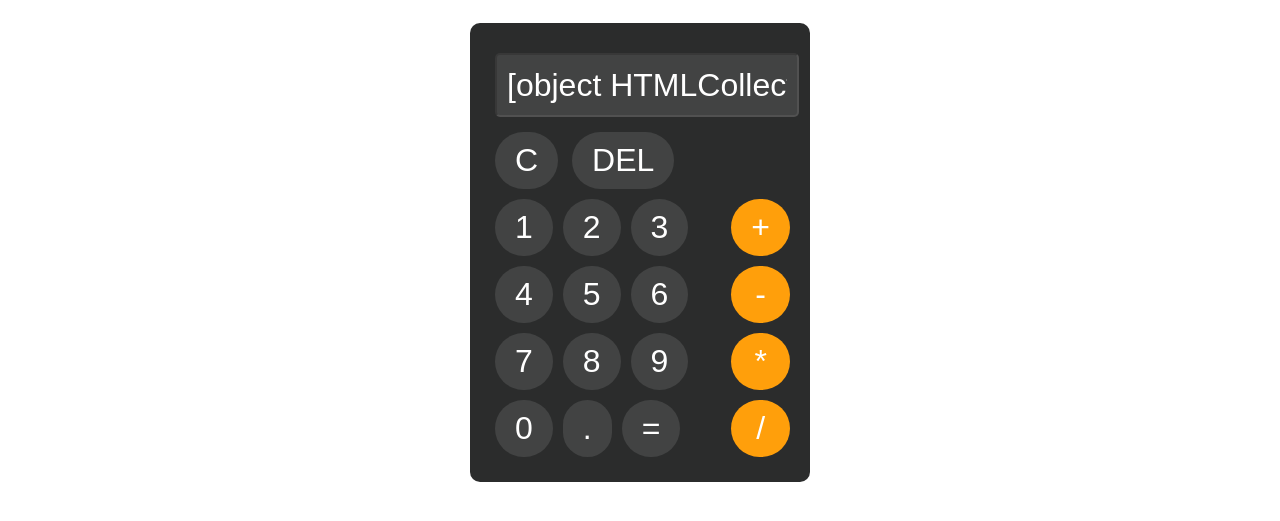
Repository: jaskeat/Calculator
Page: index.html
An editor plug-in stored every save of this project. The page is shown before and after the next save, followed by the edit.
The browser window is 1280 px wide. The pictures show the whole page.
After loading, the first visible `button.nbtn` was clicked once.

Above is the page before, as saved 2024-09-12 13:27:51.

### index.html
<!DOCTYPE html>
<html lang="en">
	<head>
		<meta charset="UTF-8" />
		<meta name="viewport" content="width=device-width, initial-scale=1.0" />
		<title>Calculator</title>
		<link rel="stylesheet" href="style.css" />
	</head>
	<body>
		<div class="calculator">
			<div class="display">
				<input type="text" class="display-input" value="0" disabled />
			</div>

			<div class="extrabtn">
				<button class="btn" onclick="clearDisplay()">C</button>
				<button class="btn" onclick="deleteLast()">DEL</button>
			</div>

			<div class="buttons">
				<div class="operators">
					<button class="btn">+</button>
					<button class="btn">-</button>
					<button class="btn">*</button>
					<button class="btn">/</button>
				</div>

				<div class="numbers">
					<button class="btn nbtn" onclick="append('1')">1</button>
					<button class="btn nbtn" onclick="append('2')">2</button>
					<button class="btn nbtn" onclick="append('3')">3</button>
					<button class="btn nbtn" onclick="append('4')">4</button>
					<button class="btn nbtn" onclick="append('5')">5</button>
					<button class="btn nbtn" onclick="append('6')">6</button>
					<button class="btn nbtn" onclick="append('7')">7</button>
					<button class="btn nbtn" onclick="append('8')">8</button>
					<button class="btn nbtn" onclick="append('9')">9</button>
					<button class="btn nbtn" onclick="append('0')">0</button>
					<button class="btn nbtn" onclick="append('.')">.</button>
					<button class="btn" onclick="calculate()">=</button>
				</div>
				</div>
			</div>
		</div>
		<script src="script.js"></script>
	</body>
</html>

### style.css
:root {
	--primary-color: #2b2c2c;
	--button-color: #424343;
	--operator-color: #ff9f0b;
}

body {
	display: flex;
	justify-content: center;
	align-items: center;
}

.calculator {
	width: 300px;
	max-width: 600px;
	height: auto;
	margin: 15px;
	padding: 20px;
	background-color: var(--primary-color);
	border-radius: 10px;
}

button {
	border-radius: 30px;
	font-size: 1.3rem;
	background-color: var(--button-color);
	color: white;
	border: none;
}

button:hover {
	background-color: lightgrey;
	cursor: pointer;
}

input {
	width: 280px;
	height: 50px;
	font-size: 2rem;
	text-align: right;
	border-radius: 5px;
	margin: 10px 5px;
	background-color: var(--button-color);
	padding: 5px 10px;
	color: white;
}

.operators {
	display: flex;
	flex-direction: column;
	width: auto;
}

.operators button {
	width: auto;
	height: auto;
	margin: 5px 0;
	background-color: var(--operator-color);
}

.numbers {
	display: flex;
	flex-wrap: wrap;
	height: auto;
	width: 250px;
}

.buttons {
	display: flex;
	flex-direction: row-reverse;
	justify-content: space-between;
	font-size: 2rem;
}

.btn {
	font-size: 2rem;
	padding: 10px 20px;
	margin: 5px;
}

### script.js
function append(number) {
	const display = document.getElementsByClassName("display-input");

	display[0].value = display + number;
}

After the next save:
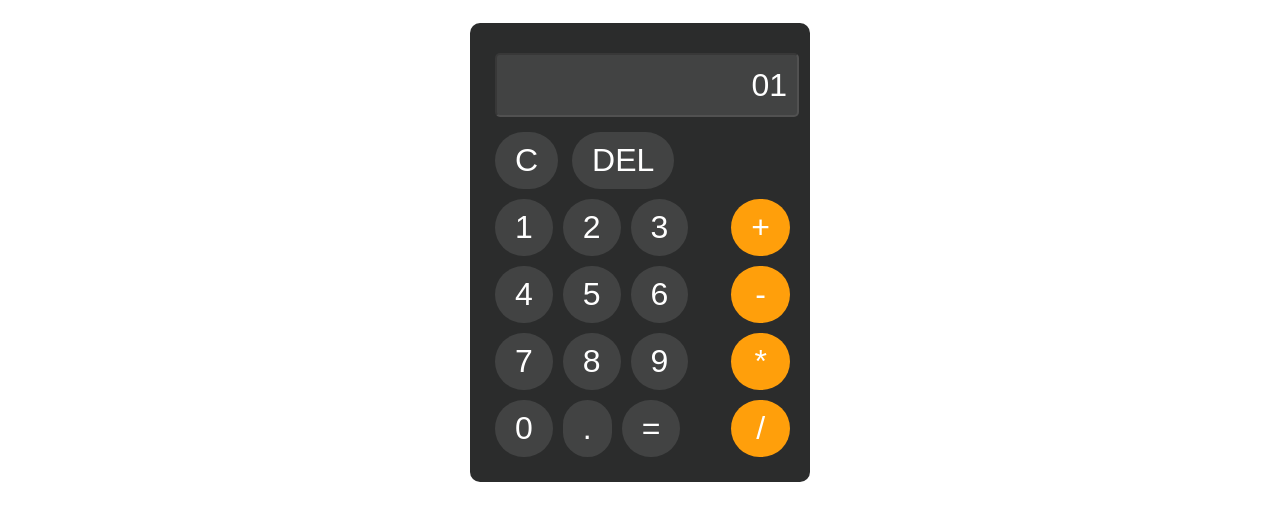
Saved 32 s later.
--- a/script.js
+++ b/script.js
@@ -1,5 +1,5 @@
 function append(number) {
 	const display = document.getElementsByClassName("display-input");
 
-	display[0].value = display + number;
+	display[0].value = display[0].value + number;
 }
